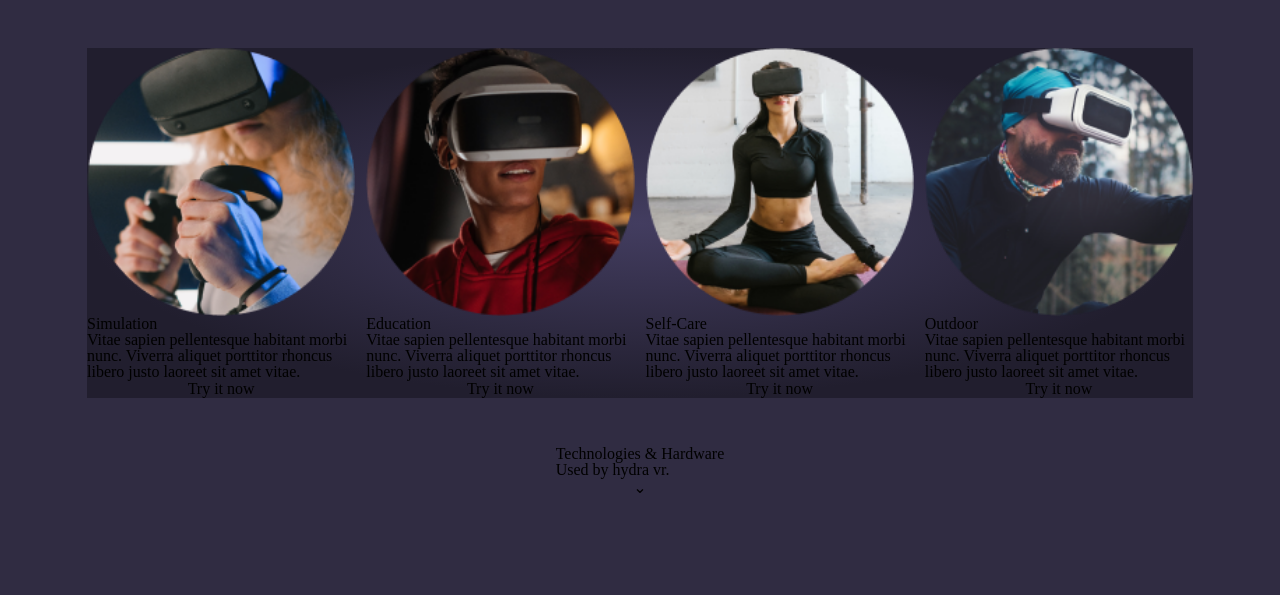
Repository: xMargi/Hydra-LandingPage
Page: index.html
These files come from the project's save history. The page is drawn as it stood at one moment and after the next save; the edit follows.
The browser window is 1280 px wide. The pictures show the whole page.

Above is the page before, as saved 2023-06-07 20:08:14.

After the next save:
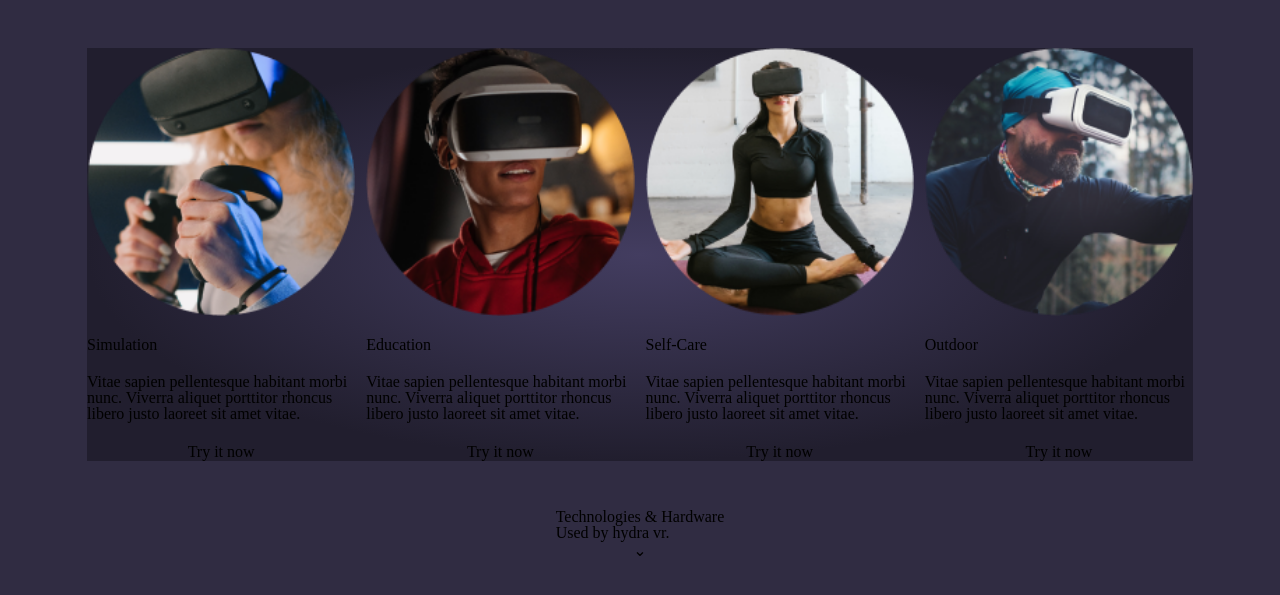
Saved 52 s later.
--- a/style.css
+++ b/style.css
@@ -31,5 +31,5 @@ body{
 
     display: flex;
     flex-direction: column;
-
+    gap: 1.3125rem;
 }
